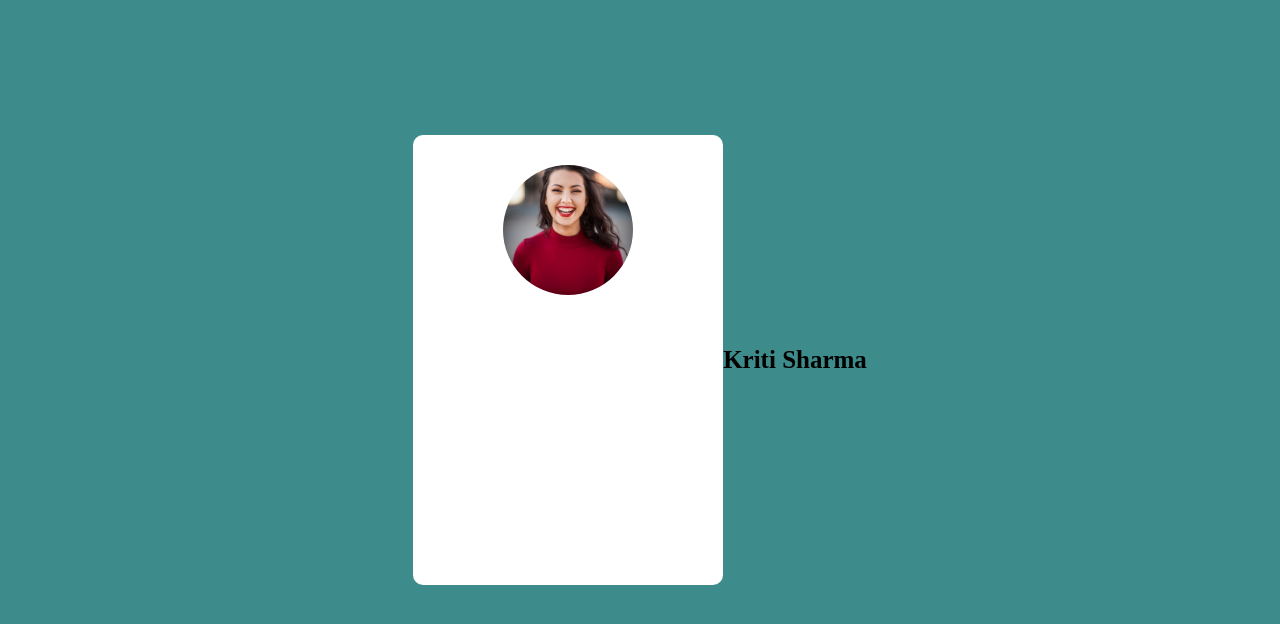
Repository: kiranjeetkaur01/instarequest.github.io
Page: index.html
An editor plug-in stored every save of this project. The page is shown before and after the next save, followed by the edit.
The browser window is 1280 px wide. The pictures show the whole page.

Above is the page before, as saved 2023-09-12 19:37:11.

After the next save:
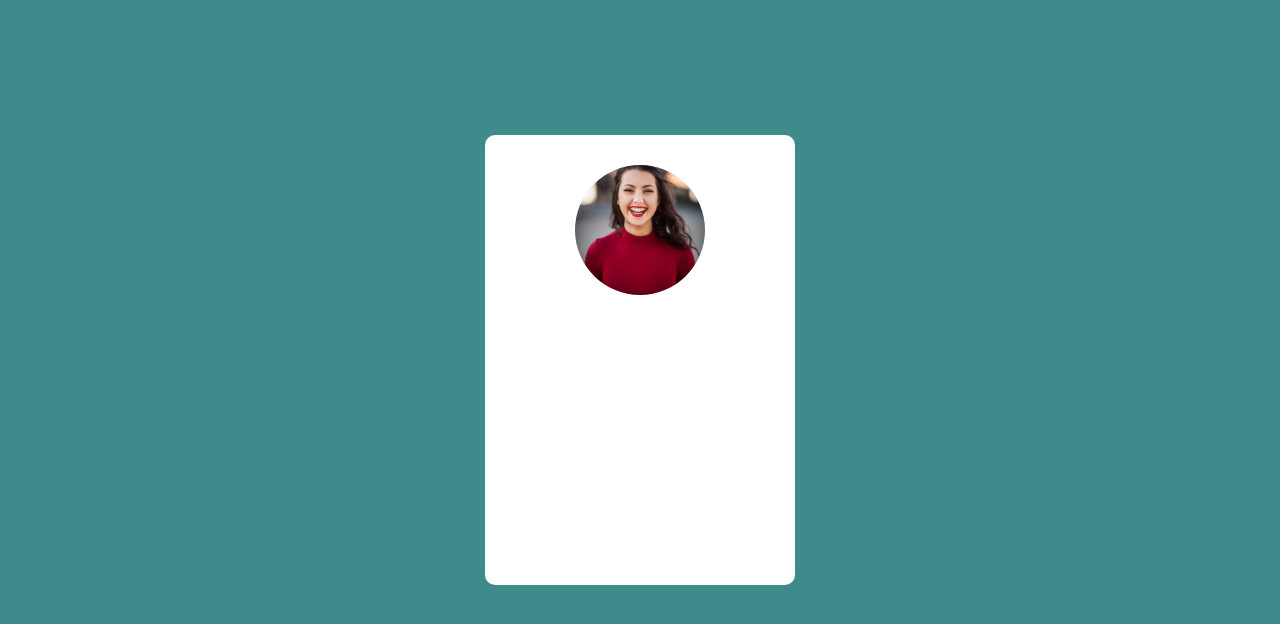
Saved 31 s later.
--- a/index.html
+++ b/index.html
@@ -11,7 +11,7 @@
         <div id="card">
             <img src="./photo-1494790108377-be9c29b29330.avif" alt="">
         </div>
-        <h1>Kriti Sharma</h1>
+
     </div>
 
     <script src="script.js"></script>
